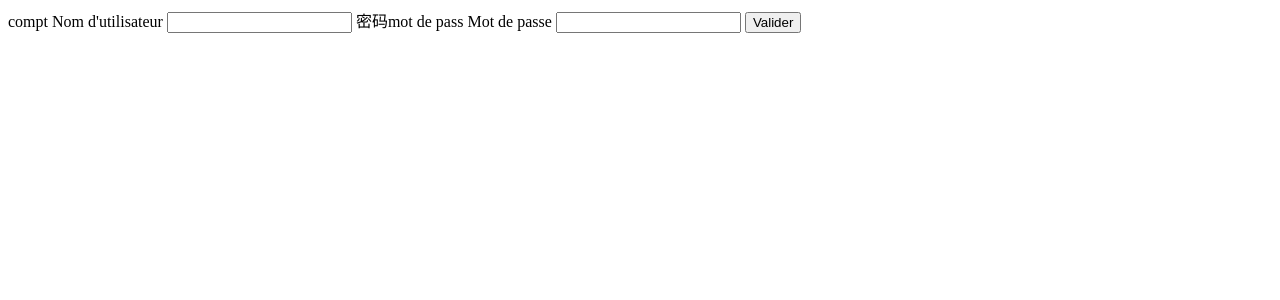
Repository: clairedupuich/serv_drone
Page: http://localhost/test.php
These files come from the project's save history. The page is drawn as it stood at one moment and after the next save; the edit follows.
The browser window is 1280 px wide. The pictures show the whole page.
The page is run by PHP 8.4 with error messages shown; the project is at /var/www/html/.

Above is the page before, as saved 2021-06-01 19:52:53.

After the next save:
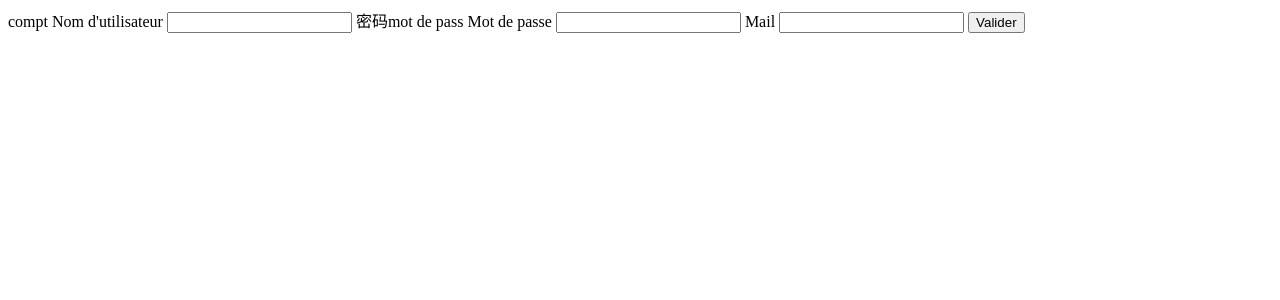
Saved 71 s later.
--- a/test.php
+++ b/test.php
@@ -62,6 +62,9 @@
                 <label for="pwd">Mot de passe</label>
                 <input type="password" name="password" id="pwd">
 
+                <label for="mail">Mail</label>
+                <input type="email" name="email" id="mail">
+
                 <button type="submit" name="submit" value="submit">Valider</button>
 
         </form>
